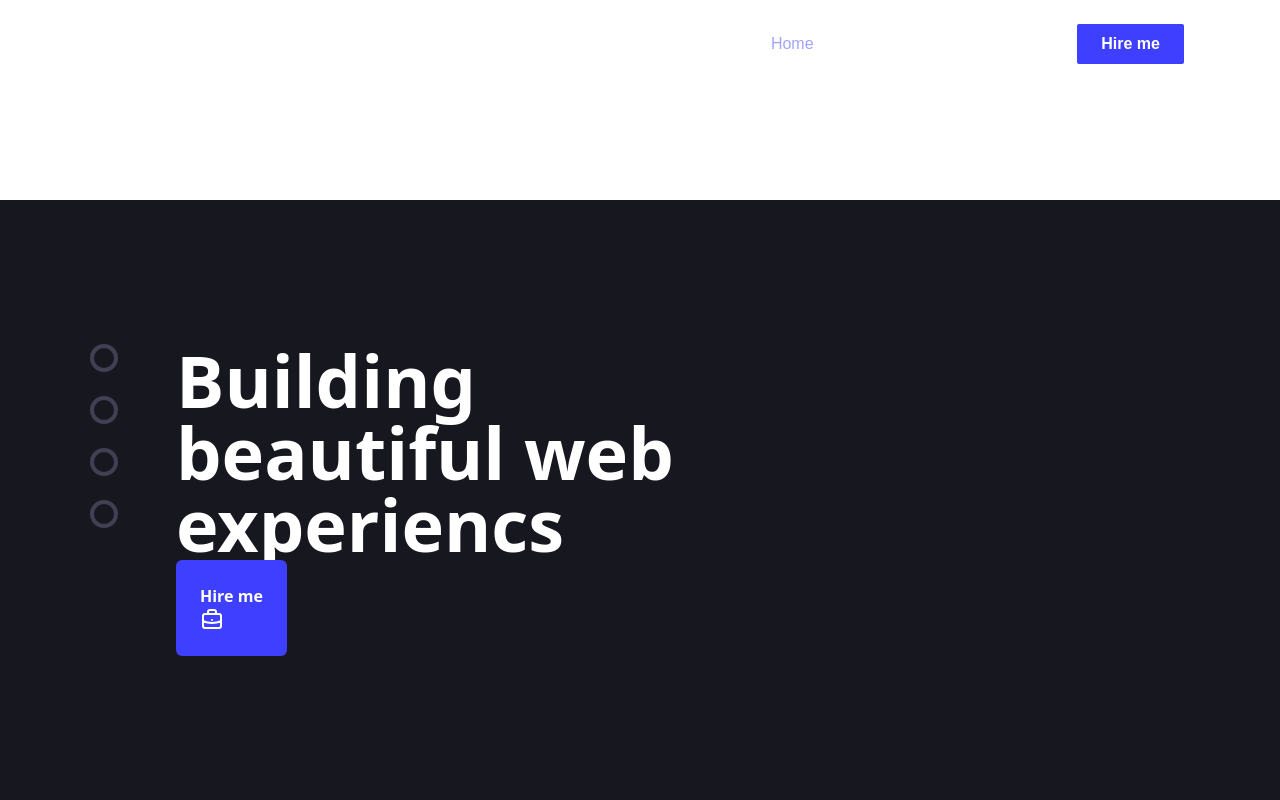
Repository: Alex0715/portfolio
Page: /
These files come from the project's save history. The page is drawn as it stood at one moment and after the next save; the edit follows.
The browser window is 1280 px wide. The pictures show the whole page.
The project was rebuilt for these pictures with package versions that can differ from the ones it lists, and the page was loaded fresh each time. The framework's server and built-in components were replaced by stand-ins that run in the browser. Also part of the build but not shown: next.config.js.

Above is the page before, as saved 2022-02-03 22:18:23.

After the next save:
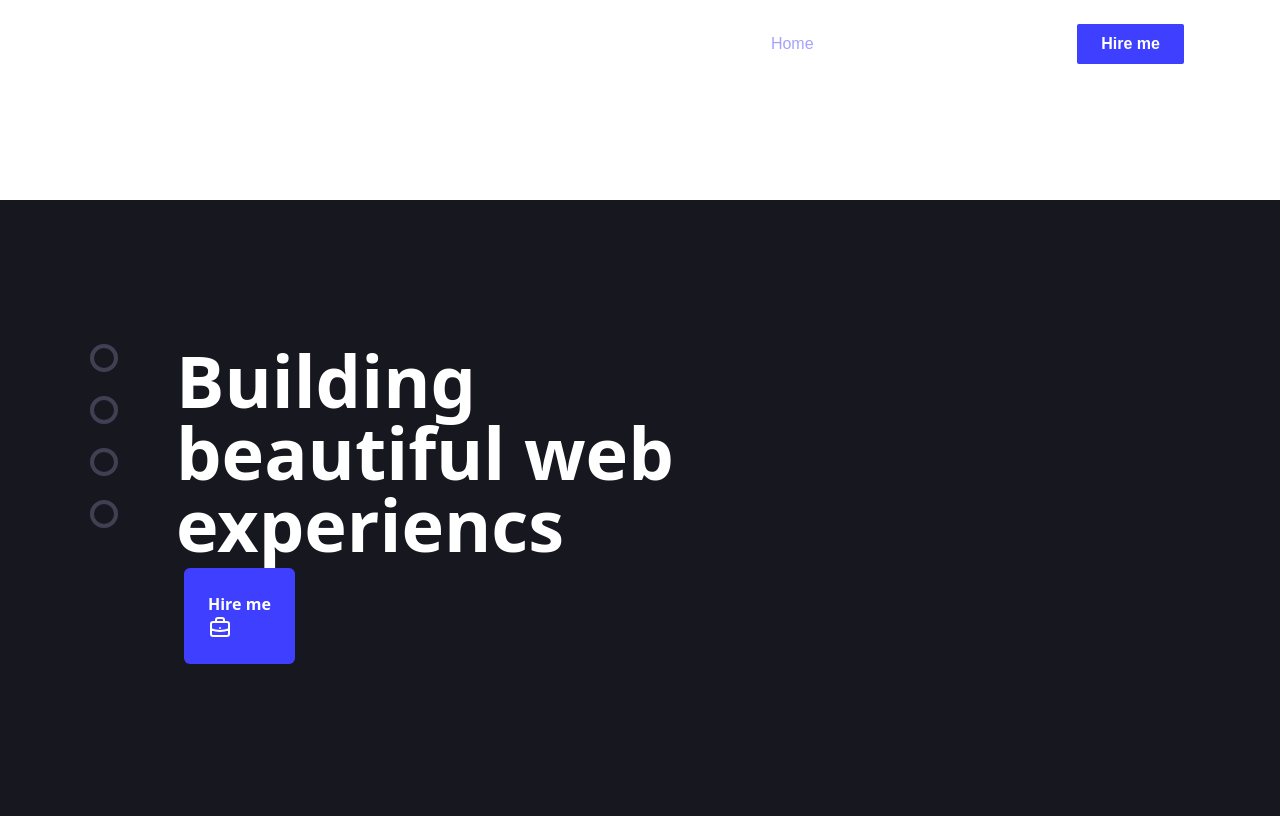
Saved 8 s later.
--- a/pages/components/Banner.js
+++ b/pages/components/Banner.js
@@ -22,7 +22,7 @@
 
         <div className="flex flex-wrap lg:ml-20 justify-center md:justify-start max-w-xl mt-0 md:my-36">
           <h1 className="font-bold text-5xl md:text-6xl lg:text-7xl text-center md:text-left">Building <br/> beautiful web experiencs</h1>
-          <div className="flex">
+          <div className="flex p-2">
           <a href="#"><button className="bg-theme px-6 py-6 font-bold rounded-md items-center">Hire me
           <svg xmlns="http://www.w3.org/2000/svg" className="h-6 w-6 " fill="none" viewBox="0 0 24 24" stroke="currentColor">
   <path strokeLinecap="round" strokeLinejoin="round" strokeWidth={2} d="M21 13.255A23.931 23.931 0 0112 15c-3.183 0-6.22-.62-9-1.745M16 6V4a2 2 0 00-2-2h-4a2 2 0 00-2 2v2m4 6h.01M5 20h14a2 2 0 002-2V8a2 2 0 00-2-2H5a2 2 0 00-2 2v10a2 2 0 002 2z" />
